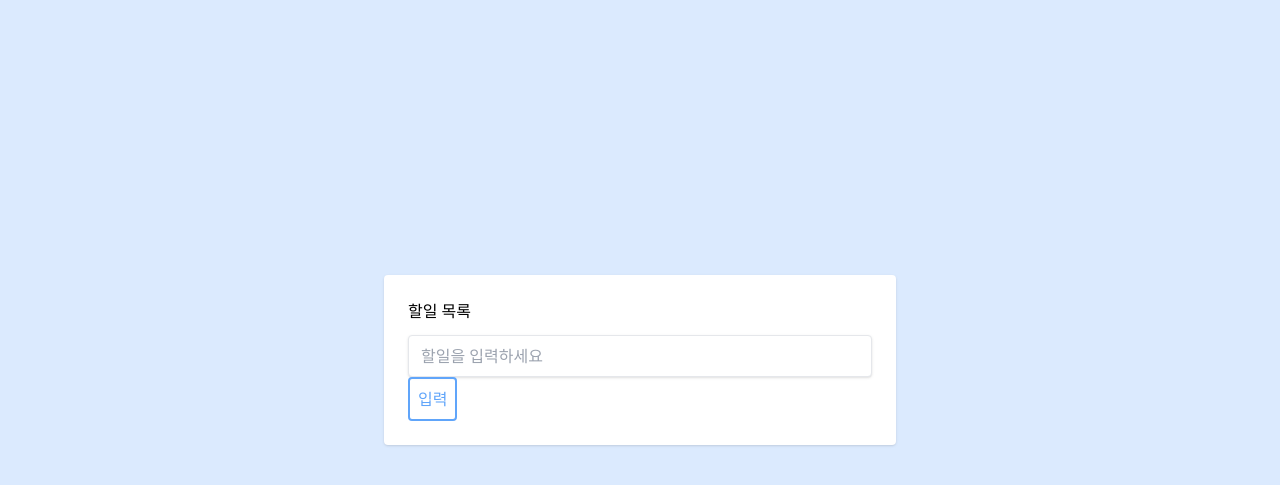
Repository: siwon9898/react-learn
Page: /
An editor plug-in stored every save of this project. The page is shown before and after the next save, followed by the edit.
The browser window is 1280 px wide. The pictures show the whole page.
The project was rebuilt for these pictures with package versions that can differ from the ones it lists, and the page was loaded fresh each time. Also part of the build but not shown: src/index.css.

Above is the page before, as saved 2023-03-30 13:15:31.

After the next save:
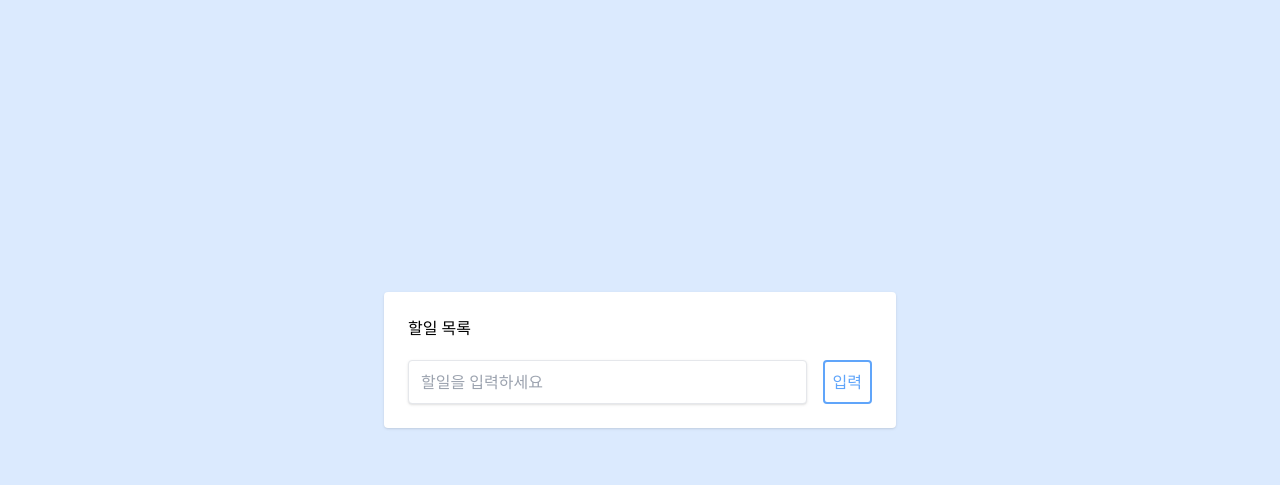
Saved 19 s later.
--- a/src/components/Form.js
+++ b/src/components/Form.js
@@ -6,7 +6,7 @@ export default function Form({ handleSubmit, value, setValue }) {
   };
 
   return (
-    <form onSubmit={handleSubmit}>
+    <form className="flex pt-2" onSubmit={handleSubmit}>
       <input
         className="w-full px-3 py-2 mr-4 text-gray-500 border rounded shadow"
         type="text"
